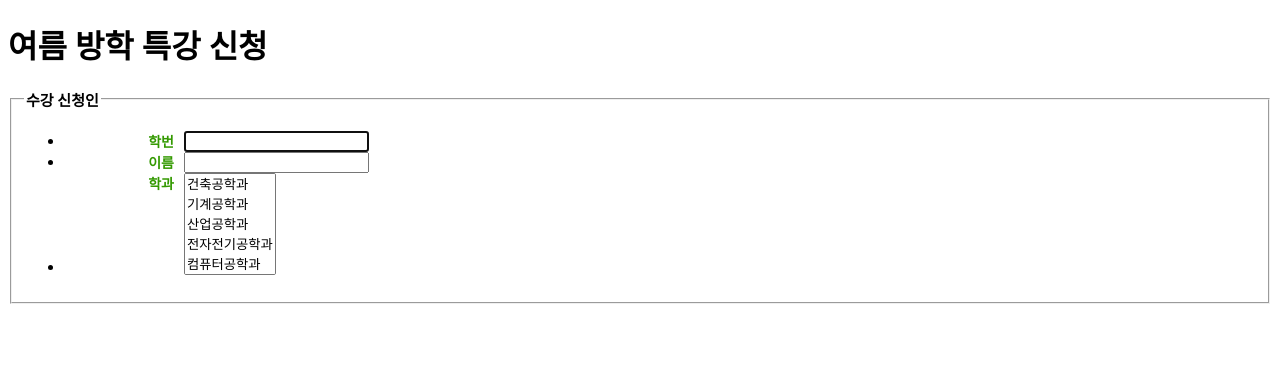
Repository: ygs3004/StudyHTML_CSS
Page: web project 01/src/main/webapp/chapter05/exam05_17.html
These files come from the project's save history. The page is drawn as it stood at one moment and after the next save; the edit follows.
The browser window is 1280 px wide. The pictures show the whole page.

Above is the page before, as saved 2022-08-09 01:24:59.

### web project 01/src/main/webapp/chapter05/exam05_17.html
<!DOCTYPE html>
<html>
<head>
<meta charset="UTF-8">
<title>Insert title here</title>
<style type="text/css">
	body{
		background-color:#fff;
	}

	form fieldset{
		margin-bottom:25px;
	}

	form legend{
		font-size:15px;
		font-weight:600;
	}

	.reg{
		font-size:14px;
		width:110px;
		color:#390;
		font-weight:bold;
		float:left;
		text-align:right;
		margin-right:10px;
	}

	forl ul li{
		list-style:none;
		margin:15px 0;
		font-size:14px;
	}
</style>
</head>
<body>
<h1>여름 방학 특강 신청</h1>
<form action = "">
	<fieldset>
		<legend>수강 신청인</legend>
		<ul>
			<li>
				<label class="reg" for="id">학번</label>
				<input type="text" id="id" autofocus>
			</li>
			<li>
				<label class="reg" for="name">이름</label>
				<input type="text" id="name">
			</li>
			<li>
				<label class="reg" for="class">학과</label>
				<select size="5" id="class" multiple>
					<option value="archi">건축공학과</option>
					<option value="mechanic">기계공학과</option>
					<option value="indust">산업공학과</option>
					<option value="elec">전자전기공학과</option>
					<option value="computer">컴퓨터공학과</option>
					<option value="chemical">화학공학과</option>
				</select>
			</li>
		</ul>
	</fieldset>
</form>
</body>
</html>

After the next save:
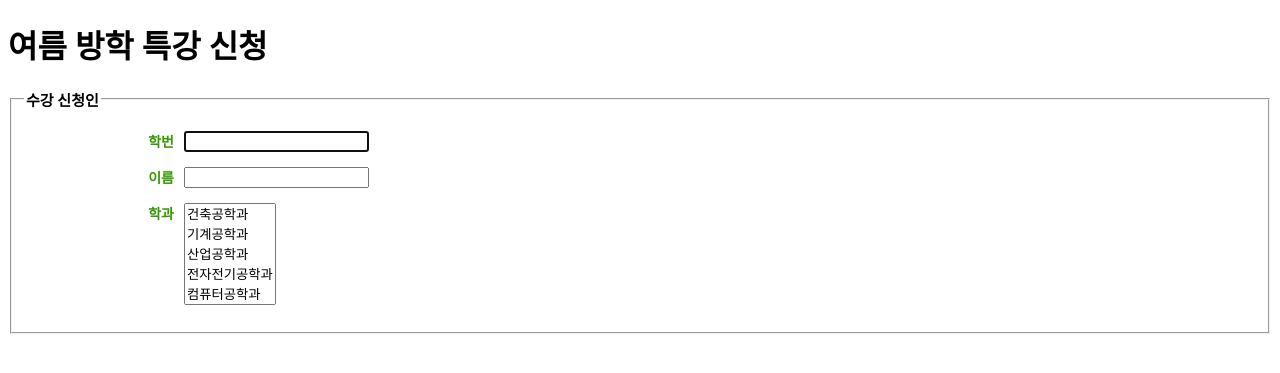
Saved 8 s later.
--- a/web project 01/src/main/webapp/chapter05/exam05_17.html
+++ b/web project 01/src/main/webapp/chapter05/exam05_17.html
@@ -27,7 +27,7 @@
 		margin-right:10px;
 	}
 
-	forl ul li{
+	form ul li{
 		list-style:none;
 		margin:15px 0;
 		font-size:14px;
